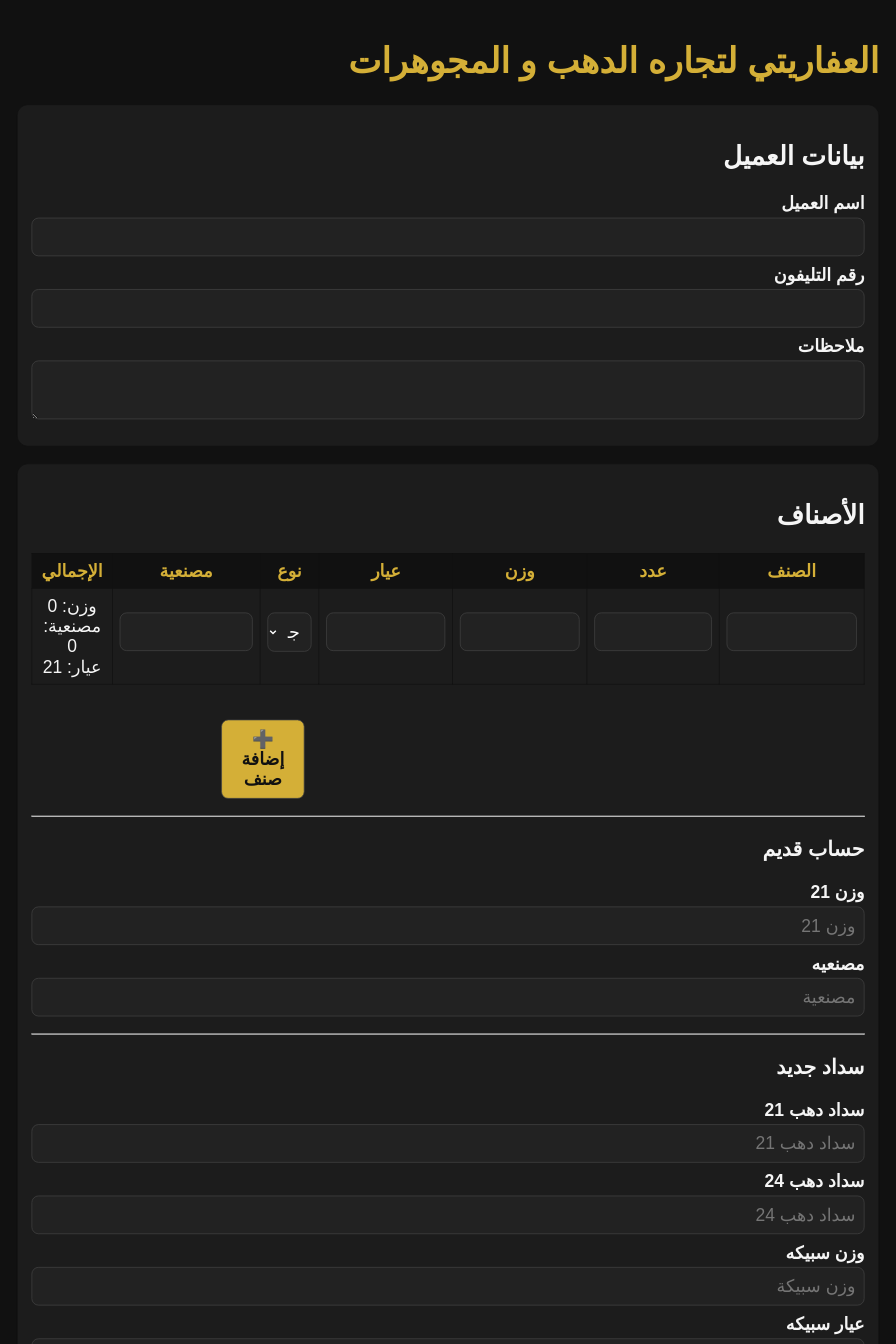
Repository: erineehab27/gold-shop
Page: /
The author's editor kept a copy of each file at every save. The page is drawn from the files as they stood at one save, then again after the next save.
The browser window is 1280 px wide. The pictures show the part of the page from y = 0 to 1920 px (the page is 3100 px tall), at 70% of full size.
The project was rebuilt for these pictures with package versions that can differ from the ones it lists, and the page was loaded fresh each time. Also part of the build but not shown: vite.config.js, src/printpage.jsx.

Above is the page before, as saved 2026-05-15 13:49:24.

After the next save:
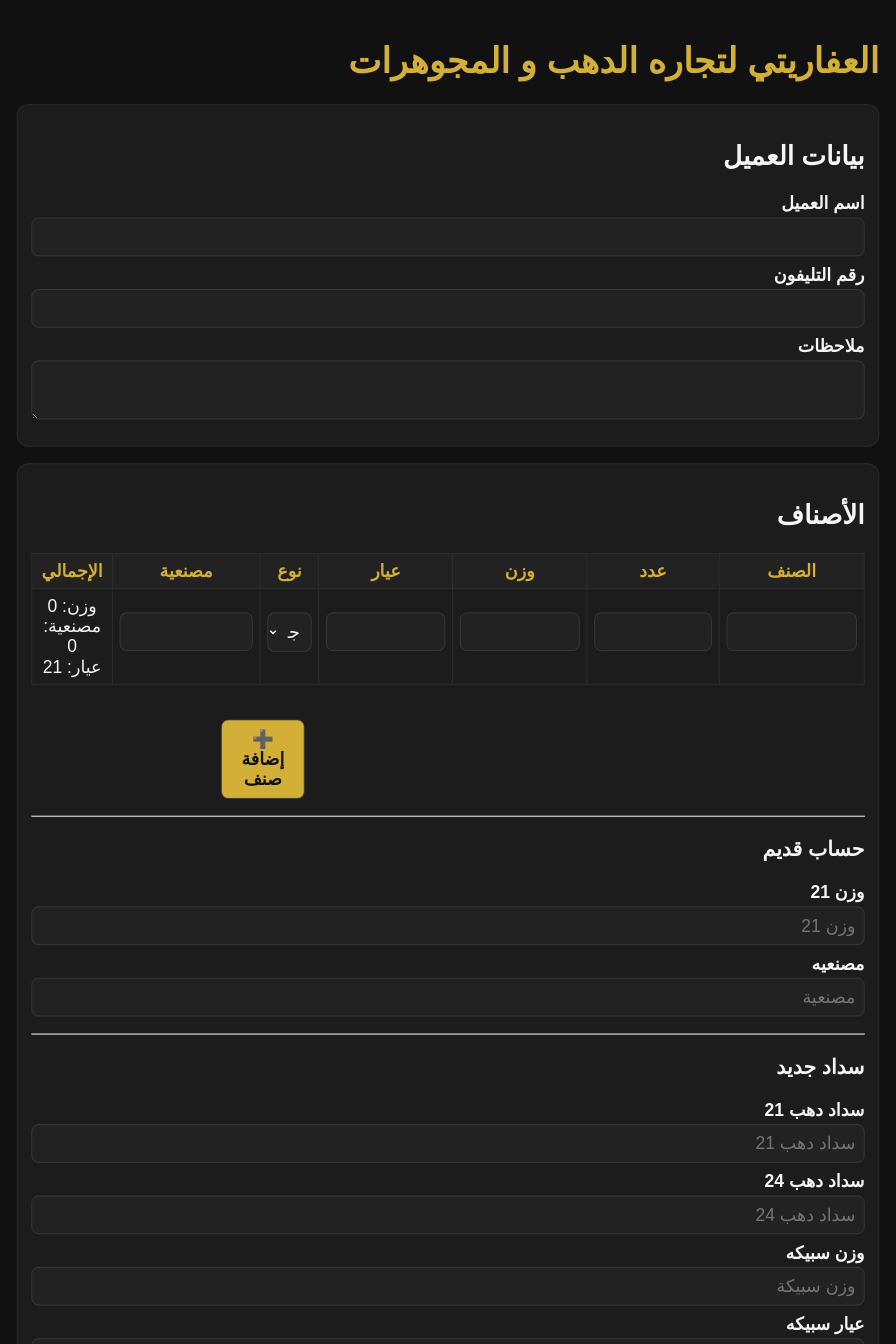
Saved 26 s later.
--- a/src/App.css
+++ b/src/App.css
@@ -23,7 +23,7 @@ h1 {
 
 .card {
   background: #1c1c1c;
-  border: 1px solid #111;
+  border: 1px solid #333;
   border-radius: 16px;
   padding: 20px;
   margin-bottom: 24px;
@@ -62,7 +62,7 @@ select {
 
 .customer {
   padding: 12px;
-  background: #111;
+  background: #222;
   margin-bottom: 8px;
   border-radius: 10px;
   cursor: pointer;
@@ -86,13 +86,13 @@ table {
 
 th,
 td {
-  border: 1px solid #111;
+  border: 1px solid #333;
   padding: 10px;
   text-align: center;
 }
 
 th {
-  background: #111;
+  background: #222;
   color: #d4af37;
 }
 
